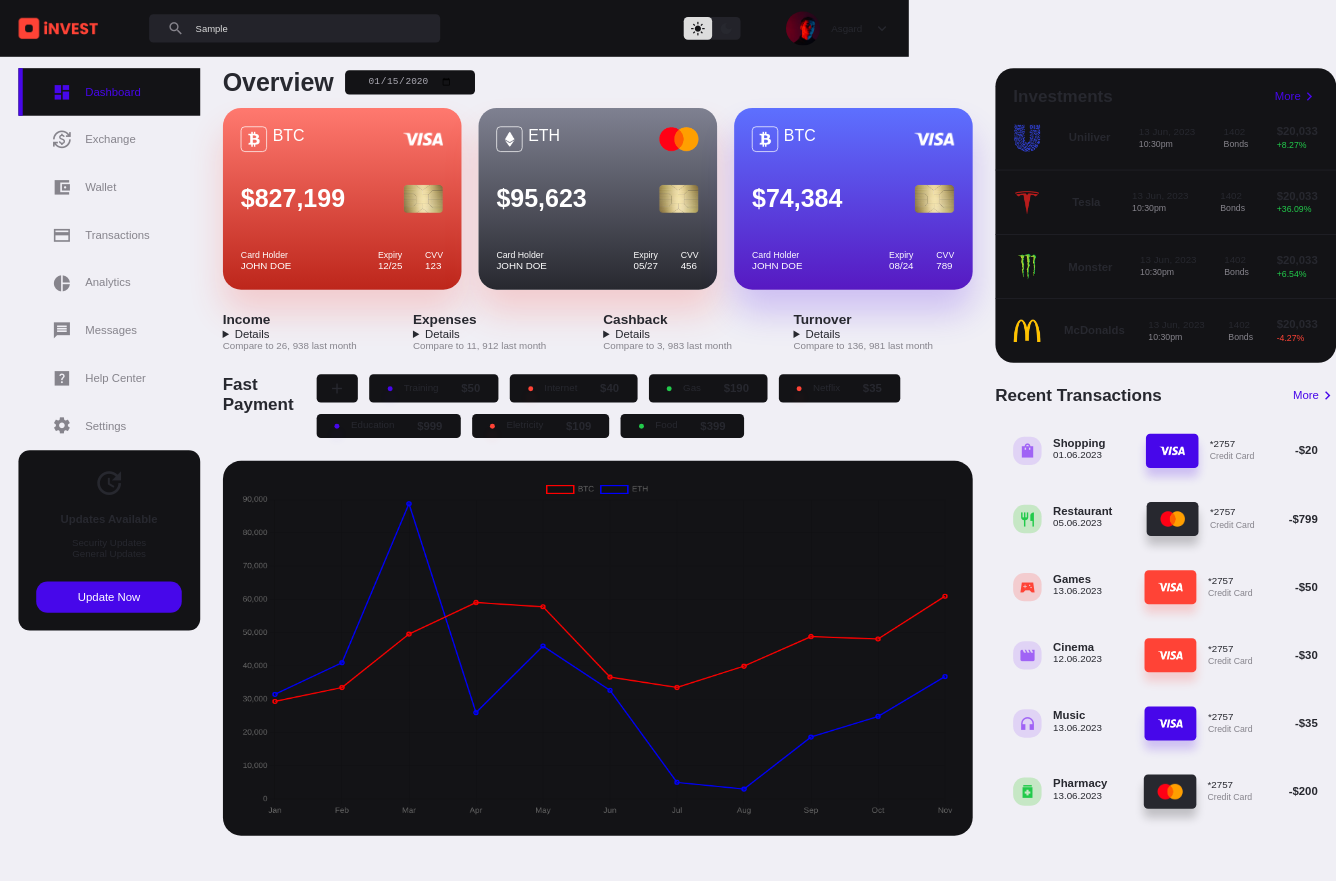
Repository: eziocdl/Admin_Dash
Page: index.html
The author's editor kept a copy of each file at every save. The page is drawn from the files as they stood at one save, then again after the next save.
The browser window is 1280 px wide. The page is 1882 px wide, so the pictures cover 1882 px, including what lies to the right of the window. The pictures show the whole page, at 71% of full size.
Empty fields were first filled with sample values (such as "Sample", 5 or name@example.com).
After loading, the first visible `div.theme-btn` was clicked once.
Some web libraries are served in a nearby version.

Above is the page before, as saved 2023-06-15 23:06:33.

After the next save:
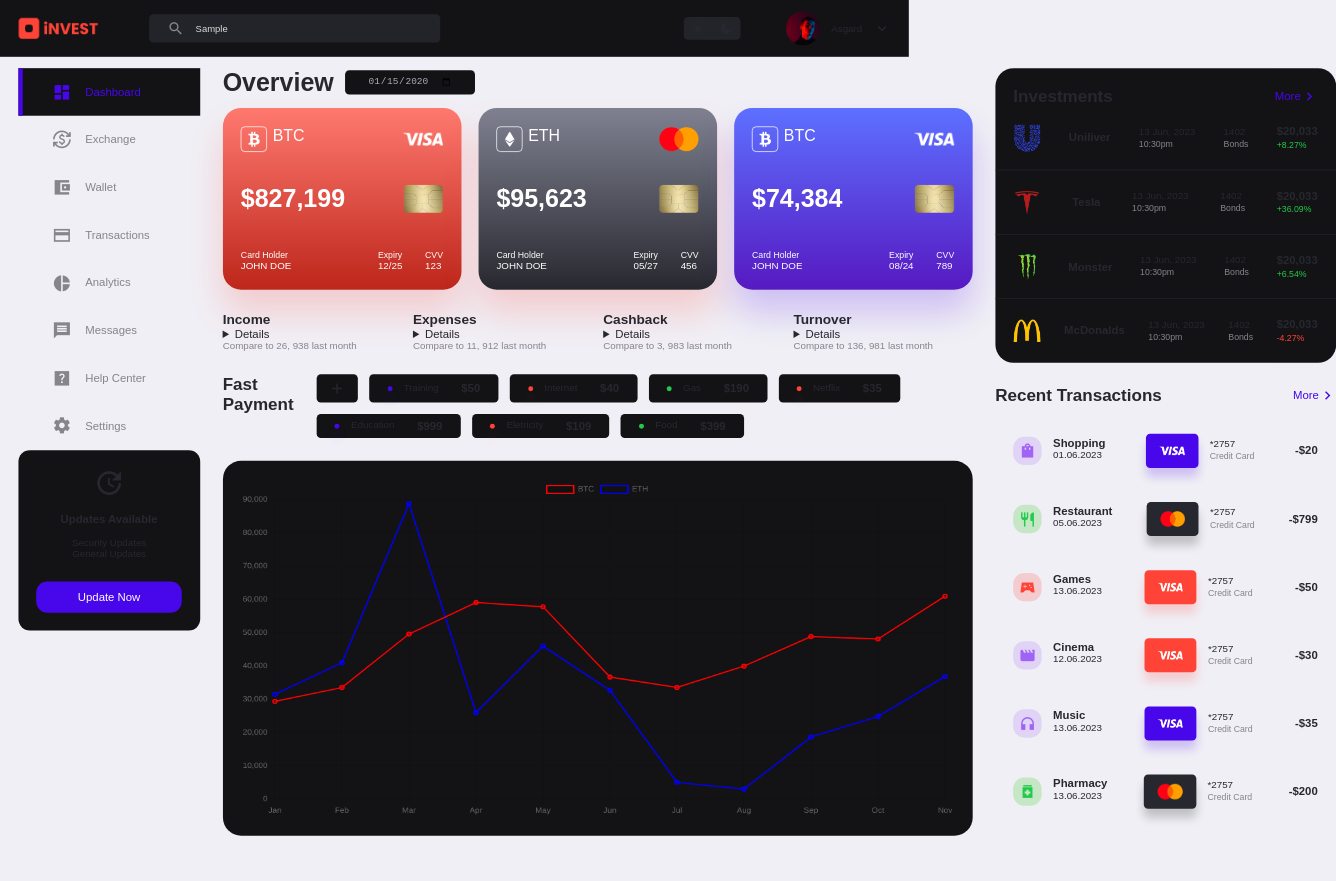
Saved 2 min 1 s later.
--- a/main.js
+++ b/main.js
@@ -50,4 +50,6 @@
 
 themeBtn.addEventListener('click', () => {
   document.body.classList.toggle('dark-theme');
+
+  themeBtn.querySelector('span:first-child').classList.toggle('active')
 })
